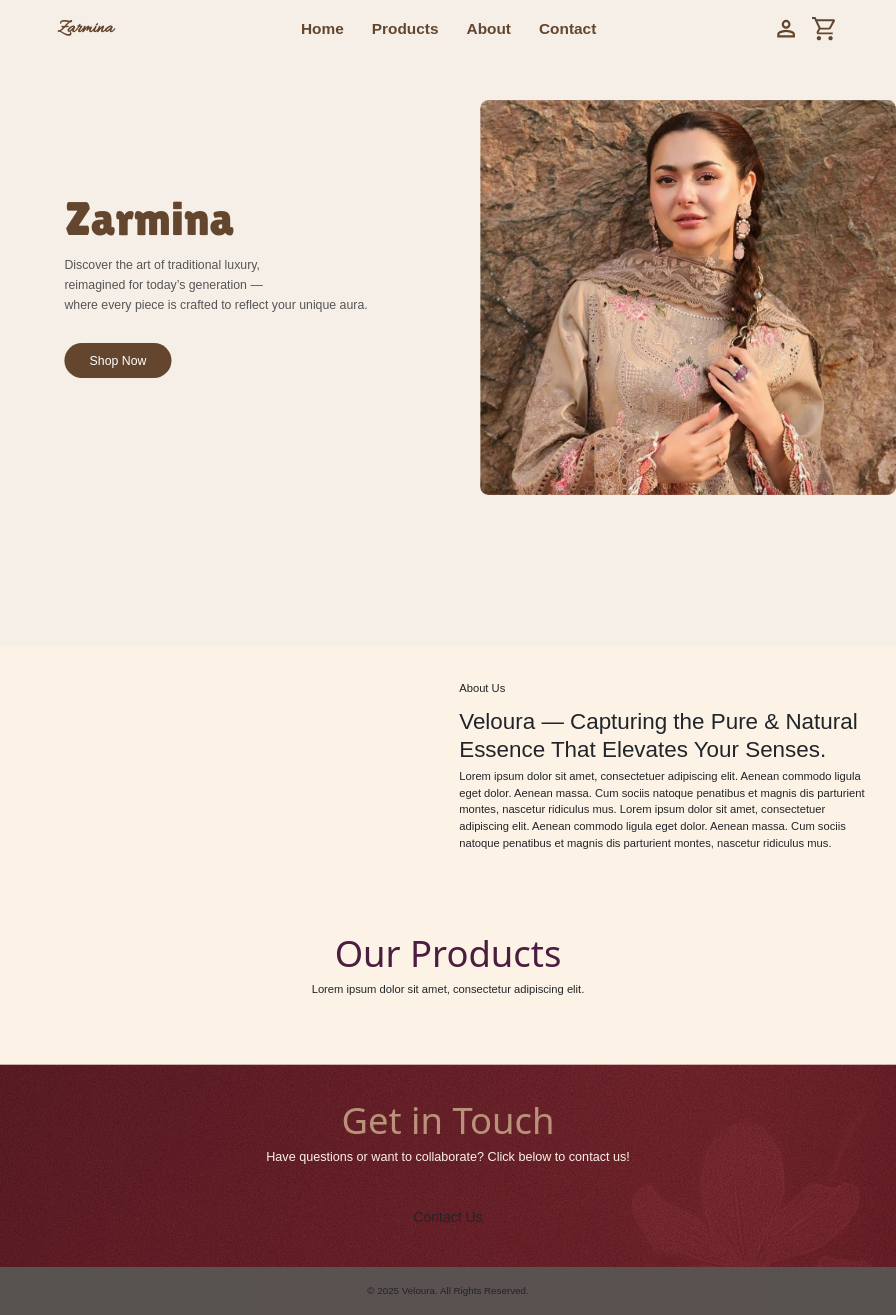
Repository: ayeshatehreem77/Clothing-store
Page: / (app in perfumes-app/)
The author's editor kept a copy of each file at every save. The page is drawn from the files as they stood at one save, then again after the next save.
The browser window is 1280 px wide. The pictures show the whole page, at 70% of full size.
Pictures or frames that could not be fetched are drawn as grey boxes. The page's requests for data from a server got no answer. Some web fonts or font styles are not loaded; a fallback is used. The project was rebuilt for these pictures with package versions that can differ from the ones it lists, and the page was loaded fresh each time. No one was signed in, and anything a server would have sent is missing. Also part of the build but not shown: perfumes-app/src/components/Alert.js.

Above is the page before, as saved 2025-10-29 00:24:04.

### perfumes-app/public/index.html
<!DOCTYPE html>
<html lang="en">

<head>
  <meta charset="utf-8" />
  <link rel="icon" href="%PUBLIC_URL%/favicon.ico" />
  <meta name="viewport" content="width=device-width, initial-scale=1" />
  <meta name="theme-color" content="#000000" />
  <meta name="description" content="Web site created using create-react-app" />
  <link rel="apple-touch-icon" href="%PUBLIC_URL%/logo192.png" />
  <!--
      manifest.json provides metadata used when your web app is installed on a
      user's mobile device or desktop. See https://developers.google.com/web/fundamentals/web-app-manifest/
    -->
  <link rel="manifest" href="%PUBLIC_URL%/manifest.json" />

  <title>Zarmina</title>

  <link rel="preconnect" href="https://fonts.googleapis.com">
  <link rel="preconnect" href="https://fonts.gstatic.com" crossorigin>
  <link
    href="https://fonts.googleapis.com/css2?family=Allura&family=Libertinus+Serif+Display&family=Lilita+One&display=swap"
    rel="stylesheet">

</head>

<body>
  <noscript>You need to enable JavaScript to run this app.</noscript>
  <div id="root"></div>
  <!--
      This HTML file is a template.
      If you open it directly in the browser, you will see an empty page.

      You can add webfonts, meta tags, or analytics to this file.
      The build step will place the bundled scripts into the <body> tag.

      To begin the development, run `npm start` or `yarn start`.
      To create a production bundle, use `npm run build` or `yarn build`.
    -->
</body>

</html>

### perfumes-app/src/index.js
import React from 'react';
import ReactDOM from 'react-dom/client';
import './index.css';
import 'bootstrap/dist/css/bootstrap.min.css';
import 'bootstrap/dist/js/bootstrap.bundle.min.js';
import App from './App';
import reportWebVitals from './reportWebVitals';
import { AuthProvider } from './context/AuthContext';

const root = ReactDOM.createRoot(document.getElementById('root'));
root.render(
  <React.StrictMode>
    <AuthProvider>
    <App />
    </AuthProvider>
  </React.StrictMode>
);

// If you want to start measuring performance in your app, pass a function
// to log results (for example: reportWebVitals(console.log))
// or send to an analytics endpoint. Learn more: https://bit.ly/CRA-vitals
reportWebVitals();

### perfumes-app/src/context/AuthContext.js
// src/context/AuthContext.js
import React, { createContext, useState, useEffect } from "react";
import axios from "axios";

export const AuthContext = createContext();

export const AuthProvider = ({ children }) => {
  const [user, setUser] = useState(null);

  // ✅ Fetch user details from backend using token
  const fetchUser = async () => {
    const token = localStorage.getItem("token");
    if (!token) return;

    try {
      const res = await axios.get("http://localhost:4000/auth/user", {
        headers: { Authorization: `Bearer ${token}` },
      });
      setUser(res.data); // { userId, email, role }
    } catch (err) {
      console.error("Failed to fetch user:", err);
      localStorage.removeItem("token");
      setUser(null);
    }
  };

  // ✅ Auto-fetch user on first render (if token exists)
  useEffect(() => {
    fetchUser();
  }, []);

  // ✅ Handle login
  const login = async (email, password) => {
    try {
      const res = await axios.post("http://localhost:4000/auth/login", {
        email,
        password,
      });

      // backend returns { authToken: "..." }
      const token = res.data.authToken;
      if (!token) throw new Error("No token returned");

      localStorage.setItem("token", token);
      await fetchUser(); // instantly update user

      return true; // success
    } catch (err) {
      console.error("Login error:", err.response?.data || err.message);
      throw err.response?.data?.message || "Login failed";
    }
  };

  // ✅ Handle logout
  const logout = () => {
    localStorage.removeItem("token");
    setUser(null);
  };

  return (
    <AuthContext.Provider value={{ user, login, logout, fetchUser }}>
      {children}
    </AuthContext.Provider>
  );
};

### perfumes-app/src/App.css
body {
  font-family: 'Poppins', sans-serif;
  background-color: #FCF2E6;
}

html {
  scroll-behavior: smooth;
}


.veloura-logo {
  font-family: "Allura", cursive;
  font-weight: 400;
  font-style: normal;
  font-size: 27px;
  color: #64462F !important;
}

.navbar {
  background: transparent !important;
}

button.navbar-toggler {
  border: none !important;
}

.navbar-toggler-icon {
  background-image: url("data:[embedded picture, 222 characters]");
}



.nav-link {
  color: #64462F !important;
  font-size: 22px;
  font-weight: 600;
}

.hero-section {
  background-color: #f5efe7;
  min-height: 100vh;
  display: flex;
  flex-direction: column;
  font-family: "Poppins", sans-serif;
}

/* =============== HERO LAYOUT =============== */
.hero-layout {
 display: flex;
    justify-content: center;
    align-items: flex-start;
    width: 100%;
    max-width: 1400px;
    height: 100vh;
    margin: 60px 0;

}

/* ---------- Left Section ---------- */
.hero-left {
    flex: 1 1;
    position: relative;
    margin: 133px 0px 0 92px;
}

.main-image {
  width: 100%;
  height: 564px;
  border-radius: 12px;
  overflow: hidden; /* ✅ ensures image stays inside box */
  position: relative;
  background-color: #93c5fd;
}

/* Make image fill box properly */
.main-image img {
  width: 100%;
  height: 100%;
  object-fit: cover; /* ✅ maintains aspect ratio without stretching */
  object-position: center;
  display: block;
}


.side-handle {
  position: absolute;
  left: -50px;
  bottom: 50%;
  transform: rotate(-90deg);
  font-size: 14px;
  color: #555;
  letter-spacing: 2px;
}

/* ---------- Right Section ---------- */
.hero-right {
  flex: 1;
  display: flex;
  flex-direction: column;
  justify-content: space-between;
  gap: 2rem;
}

/* Text Area */
.hero-text h2 {
  font-size: 1.6rem;
  color: #6c6c6c;
  margin-bottom: 5px;
  letter-spacing: 2px;
}

.hero-text h1 {
  font-family: "Lilita One", sans-serif;
  font-weight: 400;
  font-style: normal;
  font-size: 4.2rem;
  color: #64462F;
  line-height: 1.1;
}

.hero-text p {
  font-size: 1.1rem;
  color: #555;
  margin-top: 15px;
  line-height: 1.6;
}

.shop-btn {
  background-color: #64462F;
  color: white;
  border: none;
  padding: 12px 36px;
  border-radius: 40px;
  font-size: 1.1rem;
  margin-top: 25px;
  cursor: pointer;
  transition: background-color 0.3s ease;
}

.shop-btn:hover {
  background-color: #a3846d;
}

/* Small Image Grid */
.image-grid {
  display: grid;
  grid-template-columns: repeat(2, 1fr);
  gap: 20px;
}

.small-box {
  height: 200px;
  background-color: #93c5fd;
  border-radius: 12px;
}

/* =============== RESPONSIVE DESIGN =============== */
@media (max-width: 992px) {
  .hero-layout {
    flex-direction: column;
    text-align: center;
  }

  .side-handle {
    display: none;
  }

  .hero-text h1 {
    font-size: 3rem;
  }

  .main-image {
    height: 400px;
  }
}


.products-section h2 {
  font-family: "Libertinus Serif Display", system-ui;
  font-weight: 400;
  font-style: normal;
  font-size: 52px;
  color: #4B1D3F;
}

.product-card {
  transition: all 0.3s ease-in-out;
  border-radius: 10px;
  background: transparent;
}

.card-img {
  border-radius: 10px;
  /* background: #FCF2E6; */
  background: #4B1D3F;
}

.product-card:hover {
  transform: translateY(-5px);
}

.card-text,
.card-title {
  font-size: 23px;
  color: #4B1D3F;
}

/* about us */

.aboutus {
  display: grid;
  grid-template-columns: 1fr 1fr;
  gap: 2rem;
  align-items: center;
  padding: 2rem;
  background: #FCF2E6;
}

.right-section video {
  width: 70%;
  max-height: 80vh;
  height: 100%;
  object-fit: cover;
  display: block;
}

/* product details */


.modal-header p {
  font-size: 14px;
  color: #451b277a;
}

.product-img {
  width: 100%;
  border-radius: 10px;
}

.product-title {
  font-family: "Libertinus Serif Display", system-ui;
  font-weight: 400;
  font-style: normal;
  font-size: 36px;
  color: #4B1D3F;
}



.modal-content {
  background: #FCF2E6 !important;
  margin: auto !important;
  height: 98vh;
  overflow: hidden;
}

.breadcrumb-item a {
  text-decoration: none !important;
  color: black !important;
}

.modal-dialog {
  max-width: 900px;
  display: flex;
  align-items: center;
  justify-content: center;
  min-height: calc(100vh - 2rem); /* keeps it centered */
}

/* Optional - pretty scrollbar inside modal */
.modal-content::-webkit-scrollbar {
  width: 8px;
}
.modal-content::-webkit-scrollbar-thumb {
  background: #d4b191;
  border-radius: 10px;
}
.modal-content::-webkit-scrollbar-thumb:hover {
  background: #b8937a;
}

.modal-body {
  padding: 2rem !important;
}

.gender,
.concentration {
  background-color: #D4B191;
  border-radius: 21%;
  padding: 6px 11px;
  margin-bottom: 5px;
}

.add-cart-btn {
  margin-top: 1rem;
  background-color: #D4B191;
  padding: 10px 25px;
  color: #451B27;
  font-weight: 600;
}

.product-detail {
  margin-top: 0;
  margin-bottom: 1rem;
  font-size: 13px;
  color: #8b745e;
}

.btn-close:focus {
  box-shadow: none !important;
  outline: none !important;
}

/* contact us */

.contact-us {
  background-image: url("Assets/contactus2-bg.png");
  background-position: center;
  background-repeat: no-repeat;
  background-size: cover;
}

.contact-section h2 {
  font-family: "Libertinus Serif Display", system-ui;
  font-weight: 400;
  font-style: normal;
  font-size: 52px;
  color: #b8937a;
  text-align: center;
}

.contact-section p {
  font-size: 18px;
  color: #FCF2E6;
  /* accent purple */
  margin-bottom: 3rem;
  text-align: center;
}

.contact-form {
  max-width: 600px;
  margin: 0 auto;
  display: grid;
  gap: 1.5rem;
}

.contact-form input,
.contact-form textarea {
  padding: 1rem 1.2rem;
  border: 2px solid #D4B191;
  /* brand pink/gold */
  border-radius: 10px;
  font-size: 16px;
  width: 100%;
  outline: none;
  transition: border 0.3s, box-shadow 0.3s;
}

.contact-form input:focus,
.contact-form textarea:focus {
  border-color: #5E1E27;
  /* pink highlight */
  box-shadow: 0 0 10px rgba(252, 65, 90, 0.2);
}

.contact-form button {
  background-color: #D4B191;
  color: #451B27;
  padding: 1rem 2.5rem;
  font-size: 18px;
  font-weight: 600;
  border: none;
  border-radius: 10px;
  cursor: pointer;
  transition: transform 0.3s, background 0.3s;
}

.contact-form button:hover {
  background-color: #5E1E27;
  color: #fff;
  transform: scale(1.05);
}

/* Responsive */
@media (max-width: 768px) {
  .contact-form {
    gap: 1rem;
  }

  .contact-section h2 {
    font-size: 36px;
  }

  .contact-section p {
    font-size: 16px;
  }
}

/* Copyright */

footer {
  position: relative;
  bottom: 0;
  width: 100%;
  background-color: #0b0708ac;
}

/* login modal */

.auth-modal-content {
  background-color: #fdf7f2 !important;
  border-radius: 16px;
  border: none;
  box-shadow: 0 4px 20px rgba(0, 0, 0, 0.1);
  height: 90vh !important;
  width: 70%;
}

.auth-title {
  color: #4c0d23;
  font-weight: 700;
}

.auth-login-btn {
  background-color: #4c0d23;
  color: #fff;
  border-radius: 12px;
  transition: background-color 0.3s ease;
}

.auth-login-btn:hover {
  background-color: #300818;
}

.auth-signup-btn {
  border: 2px solid #b8860b;
  color: #b8860b;
  border-radius: 12px;
  background-color: transparent;
  transition: all 0.3s ease;
}

.auth-signup-btn:hover {
  background-color: #b8860b;
  color: #fff;
}

.auth-forgot-link {
  color: #4c0d23;
  text-decoration: none;
  font-weight: 500;
}

.auth-forgot-link:hover {
  text-decoration: underline;
}

.authfade-enter {
  opacity: 0;
  transform: translateY(10px);
}
.authfade-enter-active {
  opacity: 1;
  transform: translateY(0);
  transition: opacity 300ms ease, transform 300ms ease;
}
.authfade-exit {
  opacity: 1;
  transform: translateY(0);
}
.authfade-exit-active {
  opacity: 0;
  transform: translateY(-10px);
  transition: opacity 300ms ease, transform 300ms ease;
}

### perfumes-app/src/components/Aboutus.js
import React, { useEffect, useRef } from 'react';

function Aboutus() {
  const videoRef = useRef(null);

  useEffect(() => {
    if (videoRef.current) {
      const playPromise = videoRef.current.play();
      if (playPromise !== undefined) {
        playPromise.catch((error) => {
          console.log("Autoplay prevented:", error);
        });
      }
    }
  }, []);

  return (
    <div id='about' className="aboutus" style={{  }}>
      <div className="right-section">
        <video
          ref={videoRef}
          autoPlay
          muted
          loop
          playsInline
          style={{ width: "100%", height: "auto", borderRadius: "12px", objectFit: "cover" }}
        >
          <source src="/assets/aboutusvideo.mp4" type="video/mp4" />
          Your browser does not support the video tag.
        </video>
      </div>
      <div className="left-section">
        <p>About Us</p>
        <h2>
          Veloura — Capturing the Pure & Natural Essence That Elevates Your Senses.
        </h2>
        <p>Lorem ipsum dolor sit amet, consectetuer adipiscing elit. Aenean commodo ligula eget dolor. Aenean massa. Cum sociis natoque penatibus et magnis dis parturient montes, nascetur ridiculus mus. Lorem ipsum dolor sit amet, consectetuer adipiscing elit. Aenean commodo ligula eget dolor. Aenean massa. Cum sociis natoque penatibus et magnis dis parturient montes, nascetur ridiculus mus. </p>
      </div>
    </div>
  );
}

export default Aboutus;

### perfumes-app/src/components/ContactForm.js
import React from 'react'

function ContactForm() {
  return (
    <div className='contact-us align-center text-center'>
        <div className='contact-section pt-5'>
      <h2>
        Get in Touch
      </h2>
      <p>
        Have questions or want to collaborate? Click below to contact us!
      </p>
        </div>
      <button
        type="button"
        className="btn btn-lg shopnow-btn mb-5 mt-0"
        data-bs-toggle="modal"
        data-bs-target="#contactModal"
      >
        Contact Us
      </button>
    </div>
  )
}

export default ContactForm

### perfumes-app/src/components/Footer.js
import React from "react";

function Footer() {
  const year = new Date().getFullYear();

  return (
    <footer
      className="text-center py-4"
    >
      <p style={{ margin: 0, fontSize: "14px" }}>
        &copy; {year} Veloura. All Rights Reserved.
      </p>
    </footer>
  );
}

export default Footer;

### perfumes-app/src/components/Hero.js
import React from "react";
import Navbar from "./Navbar";

function Hero() {
  return (
    <div className="hero-section">
      <Navbar />

      <div className="hero-layout">
        {/* Left Main Image Box */}
        <div className="hero-left">
          <div className="hero-text">
            <h1>Zarmina</h1>
            <p>
              Discover the art of traditional luxury, <br/> reimagined for today’s generation — <br/> where every piece is crafted to reflect your unique aura.
            </p>
            <button className="shop-btn">Shop Now</button>
          </div>
        </div>

        {/* Right Side Content */}
        <div className="hero-right">
          <div className="main-image">
            <img src="assets/hero-img1.jpg" alt="" />
          </div>
        </div>
      </div>
    </div>
  );
}

export default Hero;

### perfumes-app/src/components/Products.js
import React, { useEffect, useState } from "react";

function Products({ setSelectedProduct }) {
  const [products, setProducts] = useState([]);
  const [loading, setLoading] = useState(true);

  useEffect(() => {
    const fetchProducts = async () => {
      try {
        const res = await fetch("http://localhost:4000/products");
        const data = await res.json();
        setProducts(data.data || data);
      } catch (error) {
        console.error("Failed to fetch products:", error);
      } finally {
        setLoading(false);
      }
    };

    fetchProducts();
  }, []);

  if (loading) return <p className="text-center">Loading products...</p>;

  return (
    <div id="products" className="products-section py-5">
      <div className="container w-75">
        <div className="product-text text-center mb-5">
          <h2>Our Products</h2>
          <p className="mx-5 mb-5">
            Lorem ipsum dolor sit amet, consectetur adipiscing elit.
          </p>
        </div>

        <div className="row">
          {products.map((product) => (
            <div className="col-md-4 mb-4" key={product._id}>
              <div
                className="card border-0 product-card h-100"
                data-bs-toggle="modal"
                data-bs-target="#productsDetails"
                onClick={() => setSelectedProduct(product)}
              >
                <img
                  src={`http://localhost:4000${product.images?.[0]?.url}`}
                  className="card-img card-img-top"
                  alt={product.name}
                />
                <div className="card-body text-center">
                  <h5 className="card-title">{product.name}</h5>
                  <p className="card-text">${product.price}</p>
                </div>
              </div>
            </div>
          ))}
        </div>
      </div>
    </div>
  );
}

export default Products;

### perfumes-app/src/components/Navbar.js
import React, { useContext } from "react";
import { AuthContext } from "../context/AuthContext";

function Navbar() {
  const { user, logout } = useContext(AuthContext);

  return (
    <nav className="navbar navbar-expand-lg py-3">
      <div className="container d-flex justify-content-between align-items-center">
        <a className="navbar-brand fw-bold veloura-logo" href="/">
          Zarmina
        </a>

        <ul className="navbar-nav mx-auto d-lg-flex flex-row gap-4">
          <li className="nav-item"><a className="nav-link" href="/">Home</a></li>
          <li className="nav-item"><a className="nav-link" href="#products">Products</a></li>
          <li className="nav-item"><a className="nav-link" href="#about">About</a></li>
          <li className="nav-item">
            <a className="nav-link" href="/" data-bs-toggle="modal" data-bs-target="#contactModal">Contact</a>
          </li>
        </ul>

        <div className="d-none d-lg-flex align-items-center gap-3">
            <a
              className="nav-link p-0"
              href="#"
              data-bs-toggle="modal"
              data-bs-target="#authModal"
            >
              <svg xmlns="http://www.w3.org/2000/svg" height="38px" viewBox="0 -960 960 960" width="38px" fill="#64462F"><path d="M480-480q-66 0-113-47t-47-113q0-66 47-113t113-47q66 0 113 47t47 113q0 66-47 113t-113 47ZM160-160v-112q0-34 17.5-62.5T224-378q62-31 126-46.5T480-440q66 0 130 15.5T736-378q29 15 46.5 43.5T800-272v112H160Zm80-80h480v-32q0-11-5.5-20T700-306q-54-27-109-40.5T480-360q-56 0-111 13.5T260-306q-9 5-14.5 14t-5.5 20v32Zm240-320q33 0 56.5-23.5T560-640q0-33-23.5-56.5T480-720q-33 0-56.5 23.5T400-640q0 33 23.5 56.5T480-560Zm0-80Zm0 400Z" /></svg>
            </a>

          <a
            href="#"
            className="nav-link"
            data-bs-toggle="modal"
            data-bs-target="#cartModal"
          >
            <svg xmlns="http://www.w3.org/2000/svg" height="40px" viewBox="0 -960 960 960" width="40px" fill="#64462F"><path d="M284.53-80.67q-30.86 0-52.7-21.97Q210-124.62 210-155.47q0-30.86 21.98-52.7Q253.95-230 284.81-230t52.69 21.98q21.83 21.97 21.83 52.83t-21.97 52.69q-21.98 21.83-52.83 21.83Zm400 0q-30.86 0-52.7-21.97Q610-124.62 610-155.47q0-30.86 21.98-52.7Q653.95-230 684.81-230t52.69 21.98q21.83 21.97 21.83 52.83t-21.97 52.69q-21.98 21.83-52.83 21.83ZM238.67-734 344-515.33h285.33l120-218.67H238.67ZM206-800.67h589.38q22.98 0 34.97 20.84 11.98 20.83.32 41.83L693.33-490.67q-11 19.34-28.87 30.67-17.87 11.33-39.13 11.33H324l-52 96h487.33V-286H278q-43 0-63-31.83-20-31.84-.33-68.17l60.66-111.33-149.33-316H47.33V-880h121.34L206-800.67Zm138 285.34h285.33H344Z"/></svg>
          </a>
        </div>
      </div>
    </nav>
  );
}

export default Navbar;

Loaded but not shown: perfumes-app/src/index.css (common file); perfumes-app/src/reportWebVitals.js (common file); perfumes-app/src/components/Login.js (294 lines, source omitted); perfumes-app/src/components/ProductsDetails.js (160 lines, source omitted); perfumes-app/src/components/AddToCart.js (158 lines, source omitted); perfumes-app/src/components/ContactModal.js (121 lines, source omitted); perfumes-app/src/App.js (116 lines, source omitted)

After the next save:
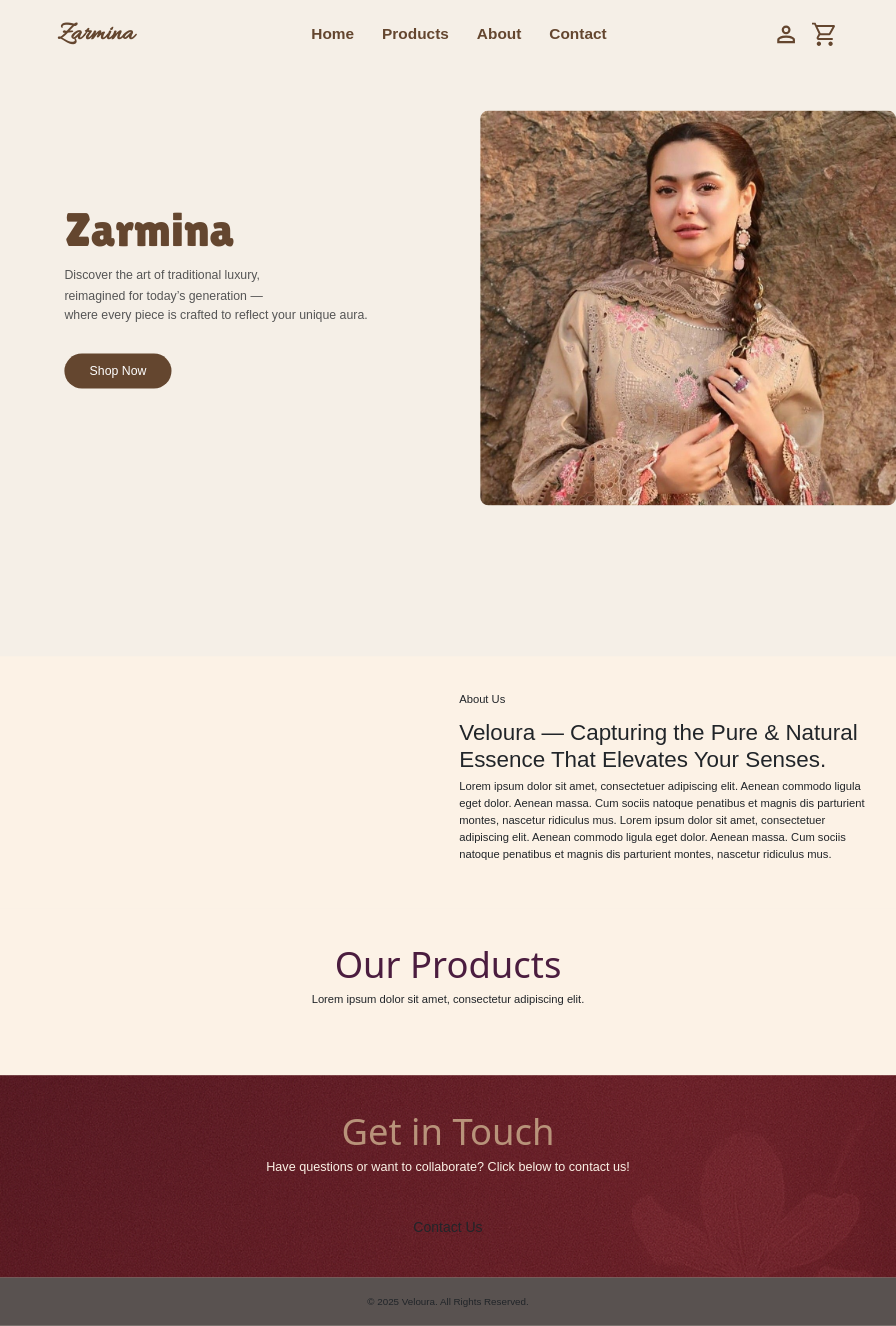
Saved 15 s later.
--- a/perfumes-app/src/App.css
+++ b/perfumes-app/src/App.css
@@ -12,7 +12,7 @@ html {
   font-family: "Allura", cursive;
   font-weight: 400;
   font-style: normal;
-  font-size: 27px;
+  font-size: 37px;
   color: #64462F !important;
 }
 
